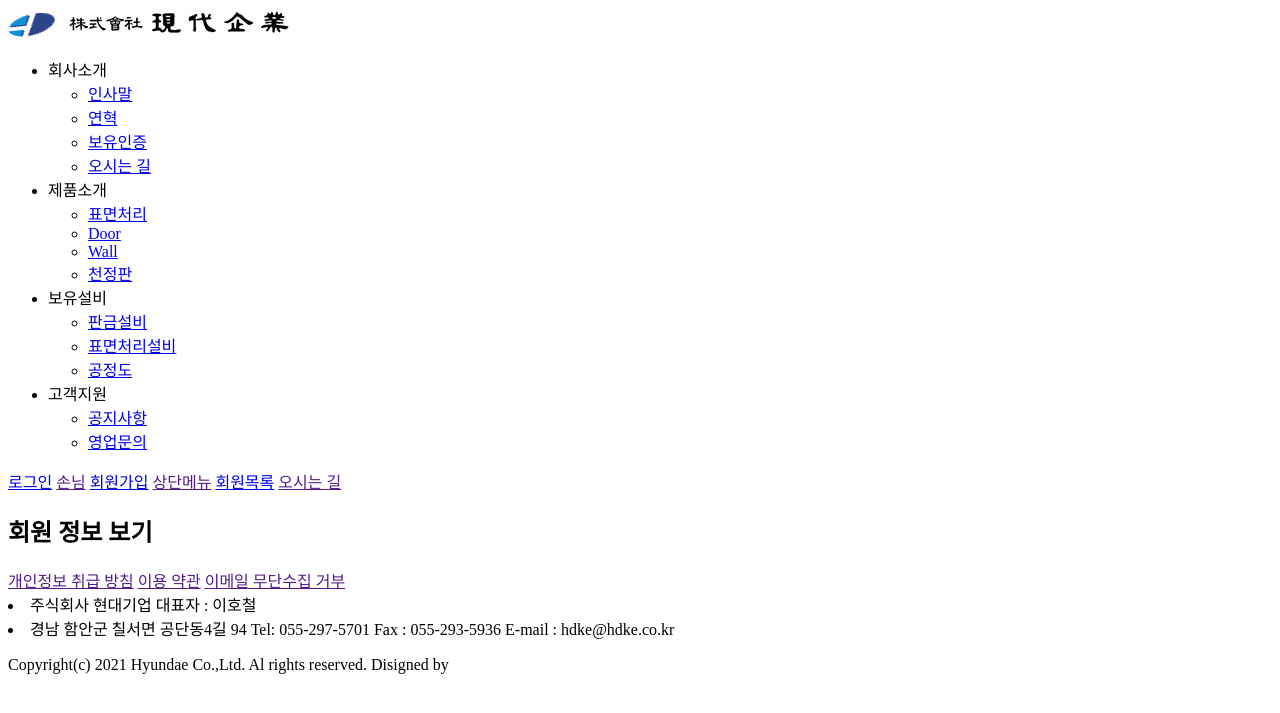
Repository: skdltm12/jsp1
Page: http://localhost/web01/mypage.jsp
These files come from the project's save history. The page is drawn as it stood at one moment and after a run of saves; the edit follows.
The browser window is 1280 px wide. The pictures show the whole page.
The page is served by Tomcat 9. Queries for data that is not in the repository find no rows.

Above is the page before, as saved 2022-04-28 05:01:47.

### web01/src/main/webapp/mypage.jsp
<%@ page language="java" contentType="text/html; charset=UTF-8"
    pageEncoding="UTF-8"%>
<%@ page import="java.sql.*" %>
<!DOCTYPE html>
<html>
<head>
<meta charset="UTF-8">
<title>회원정보 보기 및 수정</title>
</head>
<body>
<div class="wrap">
<header id="hd" class="panel-heading">
	<div class="hd_wrap">
		<%@ include file="nav.jsp" %>
	</div>
</header>
<div class="content" class="panel-body">
	<h2>회원 정보 보기</h2>
<%
	Connection conn = null;
	PreparedStatement pstmt = null;
	ResultSet rs = null;
	try {
		Class.forName("org.mariadb.jdbc.Driver");
		conn = DriverManager.getConnection("jdbc:mariadb://localhost:3308/company", "root", "1234!");
		String sql = "select * from member where id=?";
		pstmt = conn.prepareStatement(sql);
		pstmt.setString(1, sid);
		rs = pstmt.executeQuery();
		if(rs.next()){
%>
			<form action="memEdit.jsp" method="post">
				<table>
					<tbody>
						<tr>
							<td>아이디 : </td>
							<td><input type="text" name="uid" value='<%=rs.getString("id") %>' readonly></td>
						 </tr>
						<tr>
							<td>비밀번호 : </td>
							<td><input type="text" name="upw" value='<%=rs.getString("pw") %>'></td>
						 </tr>
						<tr>
							<td>이름 : </td>
							<td><input type="text" name="name" value='<%=rs.getString("name") %>' readonly></td>
						 </tr>
						<tr>
							<td>연락처 : </td>
							<td><input type="tel" name="phone" value='<%=rs.getString("phone") %>'></td>
						 </tr>
						<tr>
							<td>주소 : </td>
							<td><input type="text" name="address" value='<%=rs.getString("address") %>'></td>
						 </tr>
						 <tr>
						 	<td colspan="2">
						 		<input type="submit" value="정보변경"/> &nbsp; &nbsp; &nbsp;&nbsp;
						 		<%
						 		if(!sid.equals("admin"));{
						 		%>
						 		<a href="secession.jsp"></a>&nbsp; &nbsp; &nbsp;&nbsp;
						 		<%
						 		}
						 		%>
						 		<input type="reset" value="취소"/>
						 	</td>
						 </tr>
					</tbody>
				</table>
			</form>
<%
		}
	} catch(Exception e){
		e.printStackTrace();
	} finally{
		try{
			rs.close();
			pstmt.close();
			conn.close();
		}catch(Exception e){
			e.printStackTrace();
		}
	}
%>
</div>
<footer id="ft" class="panel-footer">
	<%@ include file="ft.jsp" %>
</footer>
</div>
</body>
</html>

### web01/src/main/webapp/nav.jsp
<%@ page language="java" contentType="text/html; charset=UTF-8"
    pageEncoding="UTF-8"%>
<!DOCTYPE html>

<%
String[] dp1 = {"회사소개","제품소개","보유설비","고객지원"};
String[][] dp2 = {{"인사말","연혁","보유인증","오시는 길"},
		{"표면처리","Door","Wall","천정판"},
		{"판금설비","표면처리설비","공정도"},
		{"공지사항","영업문의"}};
String[][] lnk = {{"intro/sub01/01_01.jsp","intro/sub01/02_01.jsp","intro/sub01/04_01.jsp","intro/sub01/07_01.jsp"},
		{"sub02/01_01.jsp","sub02/02_01.jsp","sub02/03_01.jsp","sub02/04_01.jsp"},
		{"sub03/01_01.jsp","sub03/02_01.jsp","sub03/03_01.jsp"},
		{"sub04/01_01.jsp","sub04/02_01.jsp"}};
%>
<a href="index.jsp"><img src="./img/logo.jpg" alt="로고"></a>
<nav id="gnb">
<ul >
<%
	for(int i=0;i<dp1.length;i++){
%>
<li >
	<span class="dp1"><%=dp1[i] %></span>
	<ul class="sub">
<%
		for(int j=0;j<dp2[i].length;j++){
%>
	<li><a class="dp2" href="<%=lnk[i][j] %>"><%=dp2[i][j] %></a></li>
<%
		}
%>
	</ul>
</li>
<%
	}
%>
</ul>
</nav>
                <p id="tnb">
                <%
                String sid = (String)session.getAttribute("uid");
                String sname = (String)session.getAttribute("name");
                if(sid==null){
                %>
               <a href="login.jsp">로그인</a>
               <a href="">손님</a>
               <a href="agree.jsp">회원가입</a>
                <%
                }else if (!sid.equals("admin")){
                %>
                <a href="logout.jsp">로그아웃</a>
                <a href="mypage.jsp"><%=sname %></a>
                <a href="">회원탈퇴</a>
                <%
                }
                %>
                    <a href="">상단메뉴</a>
                    <a href="memberList.jsp">회원목록</a>
                    <a href="">오시는 길</a>
					<span id="msg_a"></span>
</p>
<script>
	//주소 입력줄로 받은 msg를 받아 출력하는 부분임
	var url = location.href;  //url입력줄의 메시지를 포함한 주소를 저장
	var pos = url.indexOf("?msg=");
	var msg = url.substr(pos+5); //메시지만 추출
	//msg_a.innerHTML = decodeURI(msg);
	if(pos>0) {
		if(msg!=""){
			alert(msg);
			var msg_a = document.getElementById("msg_a"); //해당 msg_a 아이디 요소 선택
			msg_a.innerHTML = msg;
		}
	}

</script>

### web01/src/main/webapp/ft.jsp
<%@ page language="java" contentType="text/html; charset=UTF-8"
    pageEncoding="UTF-8"%>
<!DOCTYPE html>
 <nav class="fnb">
             <a href="">개인정보 취급 방침</a>
             <a href="">이용 약관</a>
             <a href="">이메일 무단수집 거부</a>

             <li>주식회사 현대기업 대표자 : 이호철</li>
            <li>경남 함안군 칠서면 공단동4길 94 Tel: 055-297-5701 Fax : 055-293-5936 E-mail : hdke@hdke.co.kr</li>
            <p>Copyright(c) 2021 Hyundae Co.,Ltd. Al rights reserved. Disigned by</p>
            </nav>

After the next 3 saves:
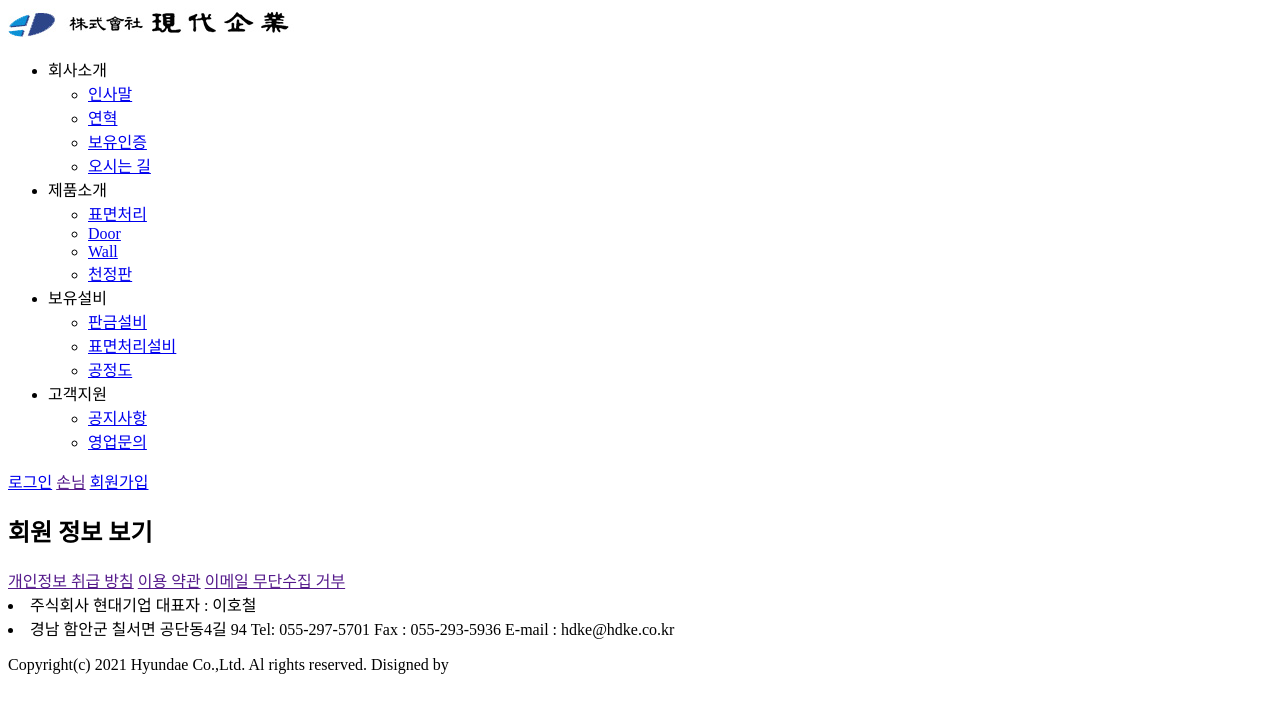
The 3 saves are shown as one change because 2 did not build or start.
The last was saved 3 min 18 s later.
--- a/web01/src/main/webapp/nav.jsp
+++ b/web01/src/main/webapp/nav.jsp
@@ -50,14 +50,19 @@ String[][] lnk = {{"intro/sub01/01_01.jsp","intro/sub01/02_01.jsp","intro/sub01/
                 %>
                 <a href="logout.jsp">로그아웃</a>
                 <a href="mypage.jsp"><%=sname %></a>
-                <a href="">회원탈퇴</a>
                 <%
-                }
+                }else{
                 %>
                     <a href="">상단메뉴</a>
                     <a href="memberList.jsp">회원목록</a>
                     <a href="">오시는 길</a>
+                    <a href="logout.jsp">로그아웃</a>
+                    <a href="mypage.jsp"><%=sname %></a>
 					<span id="msg_a"></span>
+					<%
+                }
+					%>
+
 </p>
 <script>
 	//주소 입력줄로 받은 msg를 받아 출력하는 부분임
